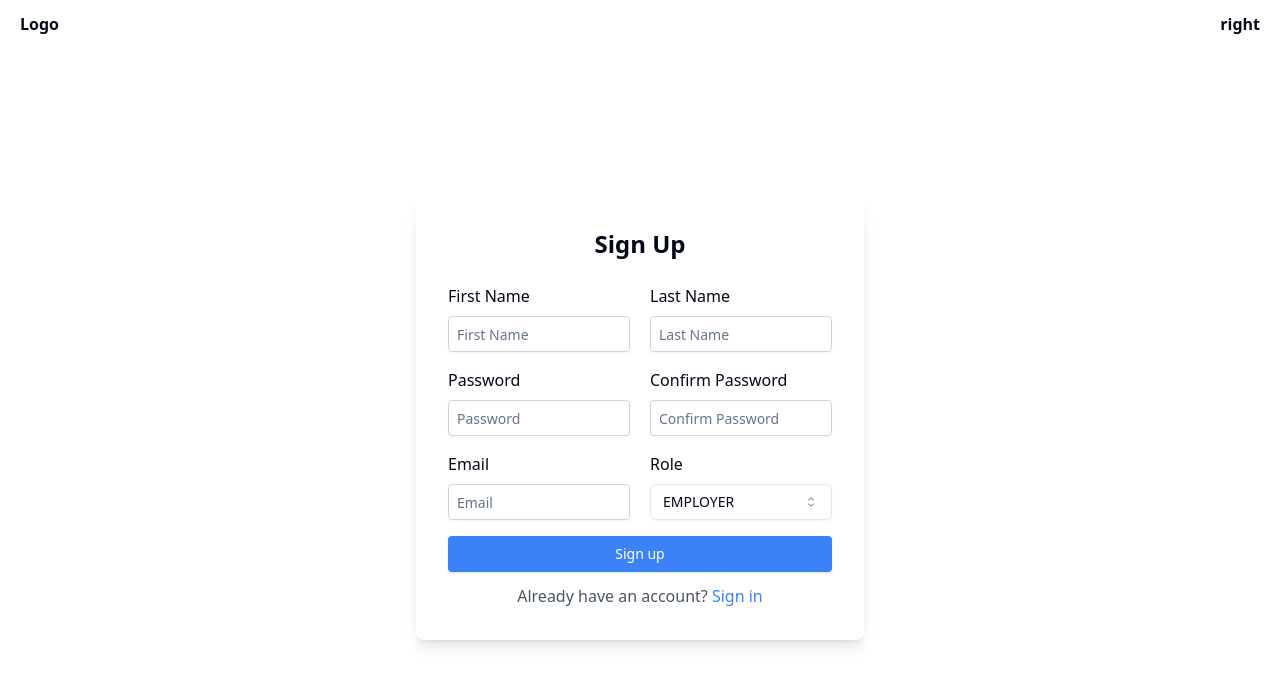
Repository: hisreal123/globalpath_fe
Page: /auth/signup
These files come from the project's save history. The page is drawn as it stood at one moment and after the next save; the edit follows.
The browser window is 1280 px wide. The pictures show the whole page.
The project was rebuilt for these pictures with package versions that can differ from the ones it lists, and the page was loaded fresh each time. Also part of the build but not shown: vite.config.ts, src/components/pages/HomeComponent.tsx, src/pages/Home.tsx, src/pages/Error.tsx, src/pages/About.tsx, src/pages/Blog.tsx, src/pages/Find_jobs.tsx, src/components/Header.tsx and 2 more.

Above is the page before, as saved 2024-10-11 16:59:01.

After the next save:
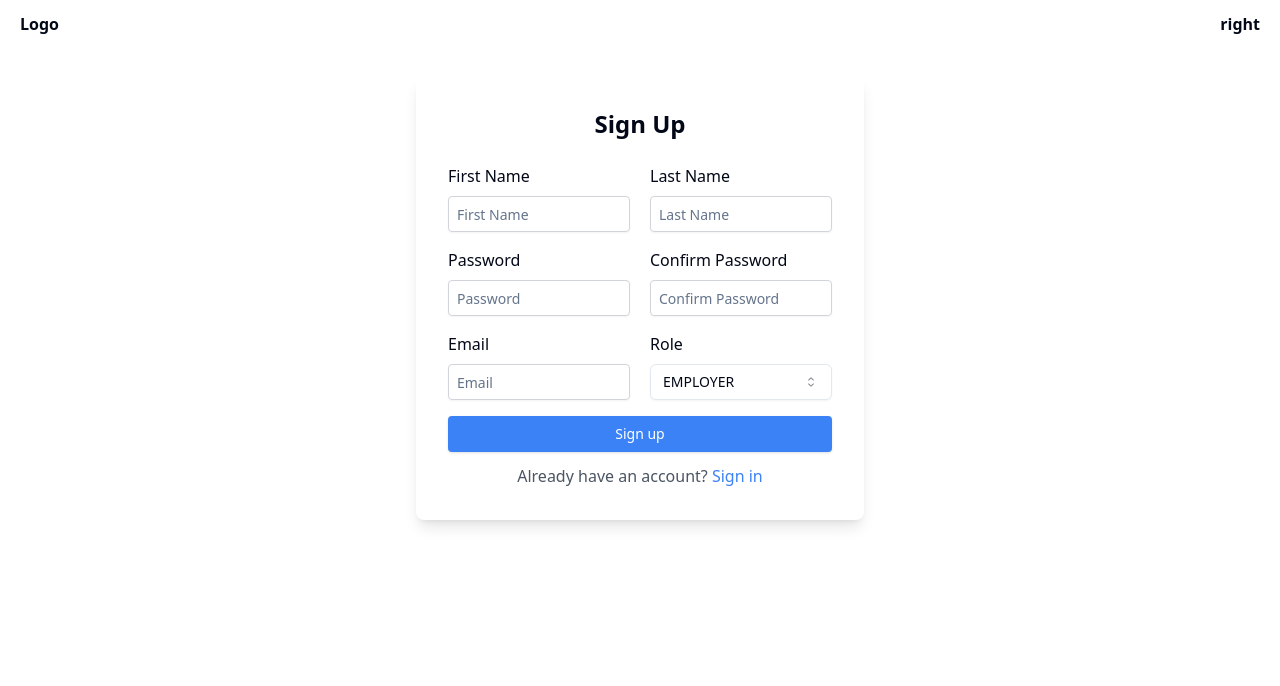
Saved 13 s later.
--- a/src/components/pages/auth/SignupComponent.tsx
+++ b/src/components/pages/auth/SignupComponent.tsx
@@ -65,7 +65,7 @@ const SignupComponent = () => {
         <Link to="/">Logo</Link>
         <h2>right</h2>
       </div>
-      <div className="form_wrapper bg-white p-8 rounded-lg shadow-lg w-11/12 max-w-md mt-10 md:mt-40 mx-auto">
+      <div className="form_wrapper bg-white p-8 rounded-lg shadow-lg w-11/12 max-w-md mt-10 md:mt-10 mx-auto">
         <h2 className="text-2xl font-bold mb-6 text-center">Sign Up</h2>
         <Form {...form}>
           <form onSubmit={form.handleSubmit(onSubmit)} className="space-y-4">
